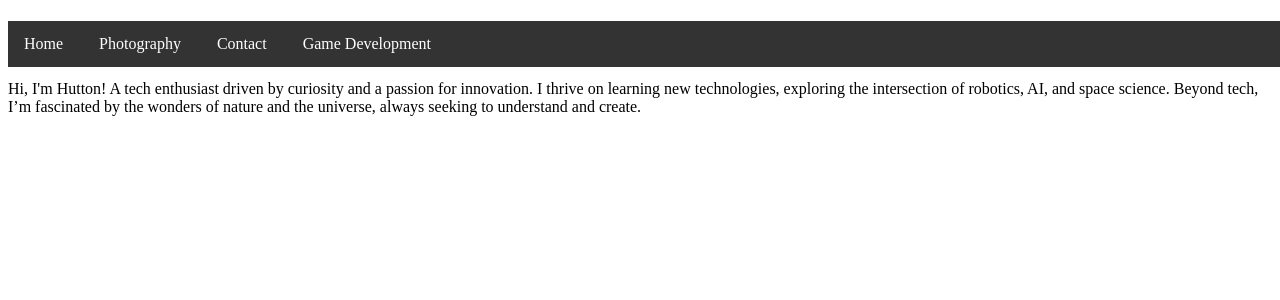
Repository: Argivist/ArgPortfolio
Page: index.html
The author's editor kept a copy of each file at every save. The page is drawn from the files as they stood at one save, then again after a run of saves.
The browser window is 1280 px wide. The pictures show the whole page.

Above is the page before, as saved 2025-03-28 14:50:43.

After the next 2 saves:
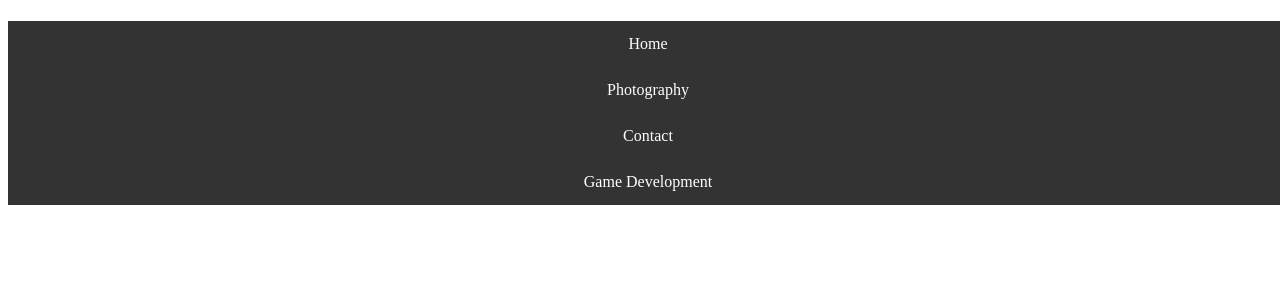
The 2 saves are shown as one change because they came seconds apart.
The last was saved 26 s later.
--- a/css/nav.css
+++ b/css/nav.css
@@ -32,6 +32,10 @@
 nav ul li{
     float:none;
     display: inline;
+    margin: 0;
+    /* centering the navbar */
+    margin-left: 50%;
+    transform: translateX(-50%);
 }
 nav ul li a{
     display: block;

After the save that followed:
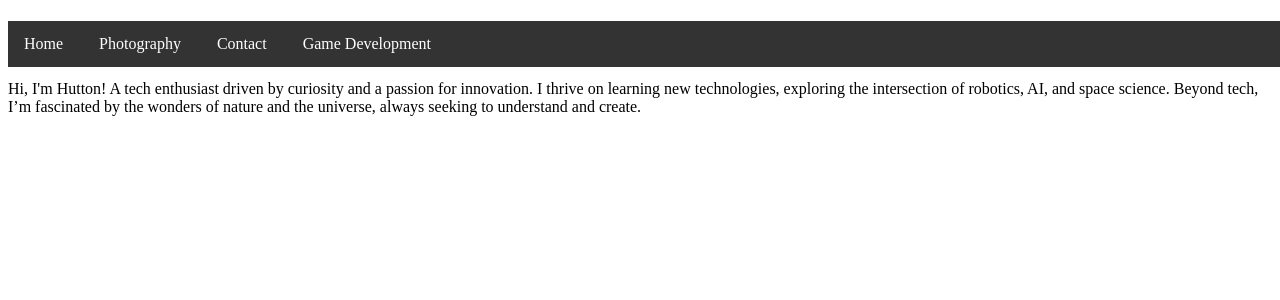
Saved 46 s later.
--- a/css/nav.css
+++ b/css/nav.css
@@ -16,6 +16,17 @@
 }
 
 /* Nav Stlisation */
+
+/* centering the navbar */
+nav{
+    background-color: #333;
+    overflow: hidden;
+    position: fixed;
+    width: 100%;
+    z-index: 100;
+}
+
+
 nav{
     background-color: #333;
     overflow: hidden;
@@ -33,10 +44,9 @@
     float:none;
     display: inline;
     margin: 0;
-    /* centering the navbar */
-    margin-left: 50%;
-    transform: translateX(-50%);
 }
+
+
 nav ul li a{
     display: block;
     color: white;
